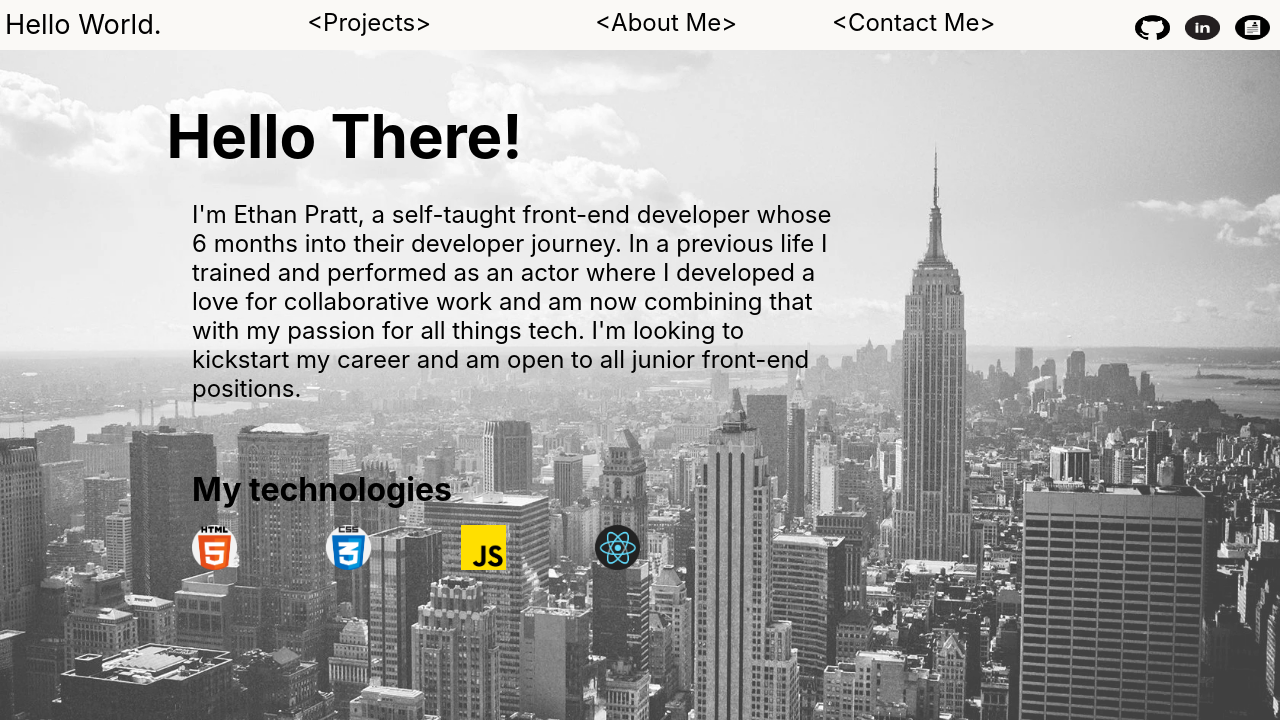
Repository: ghend99/website_ethan_pratt
Page: /about
An editor plug-in stored every save of this project. The page is shown before and after the next save, followed by the edit.
The browser window is 1280 px wide. The pictures show the whole page.
The project was rebuilt for these pictures with package versions that can differ from the ones it lists, and the page was loaded fresh each time. Also part of the build but not shown: src/pages/home.js, src/pages/project.js, src/css/contact.css, src/pages/contact.js.

Above is the page before, as saved 2023-04-02 14:48:23.

After the next save:
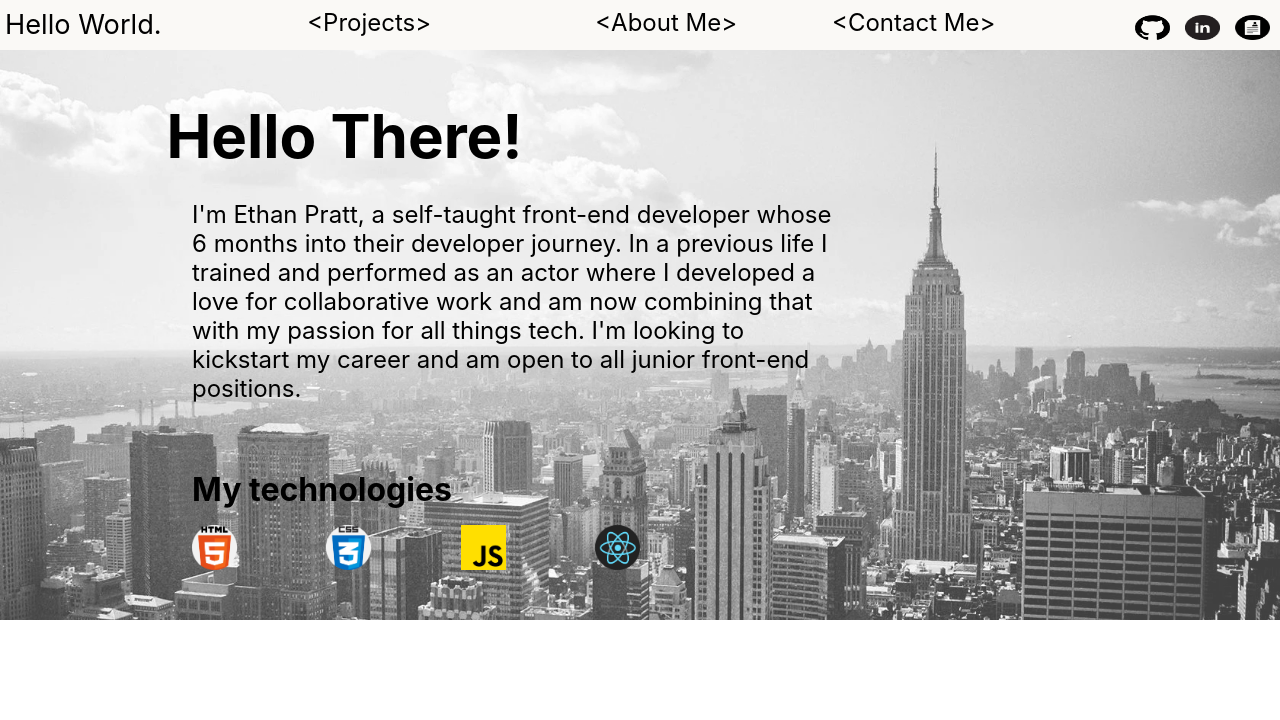
Saved 4 s later.
--- a/src/css/header.css
+++ b/src/css/header.css
@@ -89,7 +89,7 @@
   position: relative;
   max-width: 100%;
   min-width: 650px;
-  height: 100vh;
+  max-height: 100vh;
   min-height: 600px;
   background-size: cover;
   background-repeat: no-repeat;
